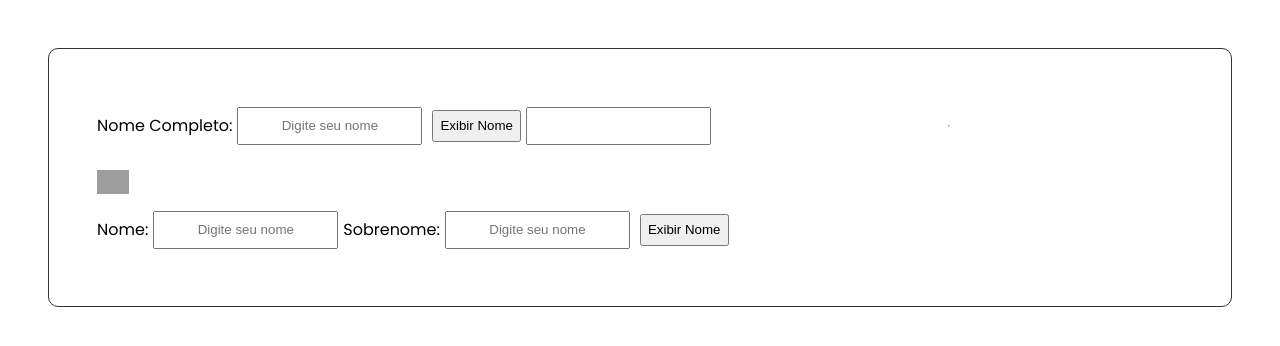
Repository: guilhermecardoso93/exerciciosjs
Page: index.html
The author's editor kept a copy of each file at every save. The page is drawn from the files as they stood at one save, then again after the next save.
The browser window is 1280 px wide. The pictures show the whole page.
Pictures or frames that could not be fetched are drawn as grey boxes.

Above is the page before, as saved 2023-05-20 12:49:46.

### index.html
<!DOCTYPE html>
<html lang="pt-Br">
  <head>
    <meta charset="UTF-8">
    <meta http-equiv="X-UA-Compatible" content="IE=edge">
    <meta name="viewport" content="width=device-width, initial-scale=1.0">
    <link rel="preconnect" href="https://fonts.googleapis.com">
    <link rel="preconnect" href="https://fonts.gstatic.com" crossorigin>
    <link rel="stylesheet" href="styles.css">
    <link
      href="https://fonts.googleapis.com/css2?family=Poppins:wght@400;500&display=swap"
      rel="stylesheet">
    <title>40 - exercícios de JS</title>
  </head>
  <body>
    <div class="NameDiv">
      <p>Nome Completo:</p>
      <input type="text" name="name" id="name"
        placeholder="Digite seu nome"/>
      <br />
      <input type="button" value="Exibir Nome" id="exibir-nome"/>
      <input maxlength="11" id="cpf" />
      <hr />
    </div>
      <p id="name-length" value></p>
      <img id="lamp" src="https://www.w3schools.com/js/pic_bulboff.gif">

    <div class="fullNameDiv">
      <p>Nome:</p>
      <input type="text" name="name-2" id="name-2"
        placeholder="Digite seu nome"/>
      <p>Sobrenome:</p>
      <input type="text" name="fullname" id="fullname"
        placeholder="Digite seu nome"/>
      <br/>
      <input type="button" value="Exibir Nome" id="exibir-nome-convidado"/>
    </div>
  </body>
  <script src="./script.js"></script>
</html>

### styles.css
body {
  font-family: "Poppins", sans-serif;
  margin: 3rem;
  border: 1px solid #333;
  border-radius: 10px;
  padding: 3rem;
}

#lamp{
  cursor: pointer;
  cursor: hand;
  width: 2rem;
}

.fullNameDiv{
  display: flex;
  gap: 5px;
  align-items: center;
  justify-content: start;
}

body input {
  height: 2rem;
  text-align: center;
}

.NameDiv{
  display: flex;
  gap: 5px;
  align-items: center;
  justify-content: center;
}

### script.js
//alert('Hello World!');
const conta = `valor de 2 + 2 é`;
//alert(`${conta} ${2 + 2}` )

const buttonShowName = document.getElementById("exibir-nome");

buttonShowName.addEventListener("click", () => {
  const inputValue = document.getElementById("name").value;
  alert(`Meu nome Completo é ${inputValue}`);
  alert(`A quantidade de letras no seu nome é de ${inputValue.length}`);
});

function turnOnOff() {
  var image = document.getElementById("lamp").src;
  var lampOn = "https://www.w3schools.com/js/pic_bulbon.gif";
  var lampOff = "https://www.w3schools.com/js/pic_bulboff.gif";

  if (image == lampOn) {
    document.getElementById("lamp").src = lampOff;
  } else {
    document.getElementById("lamp").src = lampOn;
  }
}
document.getElementById("lamp").addEventListener("mouseover", turnOnOff);
//document.getElementById("lamp").addEventListener("click", turnOnOff);

const buttonShowFullName = document.getElementById("exibir-nome-convidado");

buttonShowFullName.addEventListener("click", () => {
  const inputValueName = document.getElementById("name-2").value;
  const inputValueFullName = document.getElementById("fullname").value;
  alert(`Meu nome Completo é ${inputValueName} ${inputValueFullName}`);
});

After the next save:
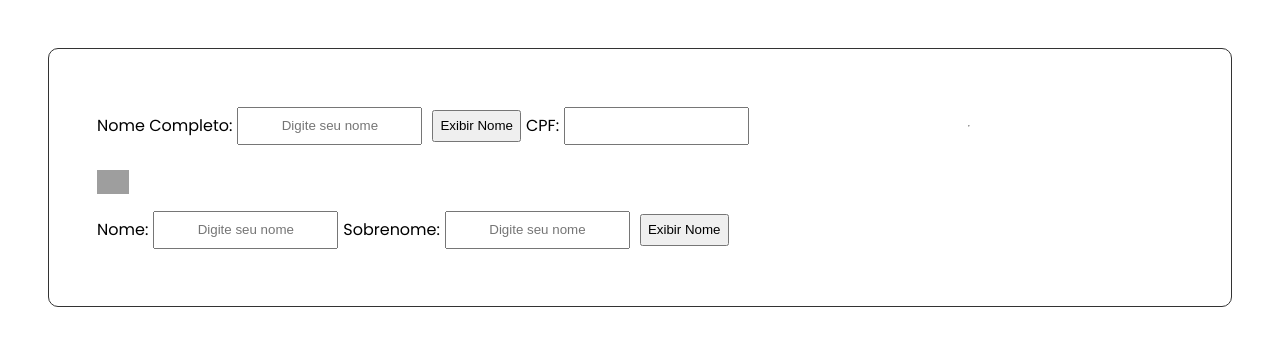
Saved 17 s later.
--- a/index.html
+++ b/index.html
@@ -19,6 +19,7 @@
         placeholder="Digite seu nome"/>
       <br />
       <input type="button" value="Exibir Nome" id="exibir-nome"/>
+      <p>CPF:</p>
       <input maxlength="11" id="cpf" />
       <hr />
     </div>
